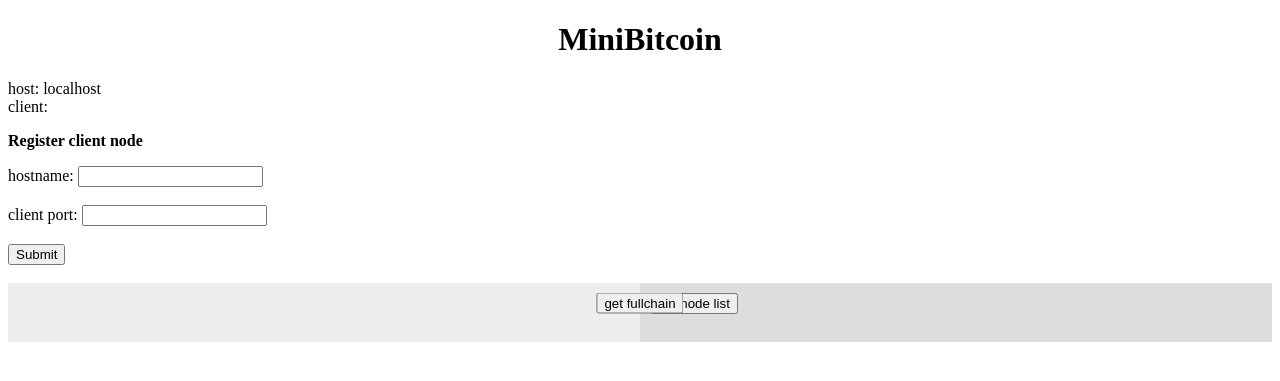
Repository: lam4562311/Minibitcoin
Page: http://localhost/
An editor plug-in stored every save of this project. The page is shown before and after the next save, followed by the edit.
The browser window is 1280 px wide. The pictures show the whole page.
Some web libraries are served in a nearby version. The page is served by the project's application, run on Flask 3 (bitcoin-5003.py).

Above is the page before, as saved 2022-04-09 17:11:03.

After the next save:
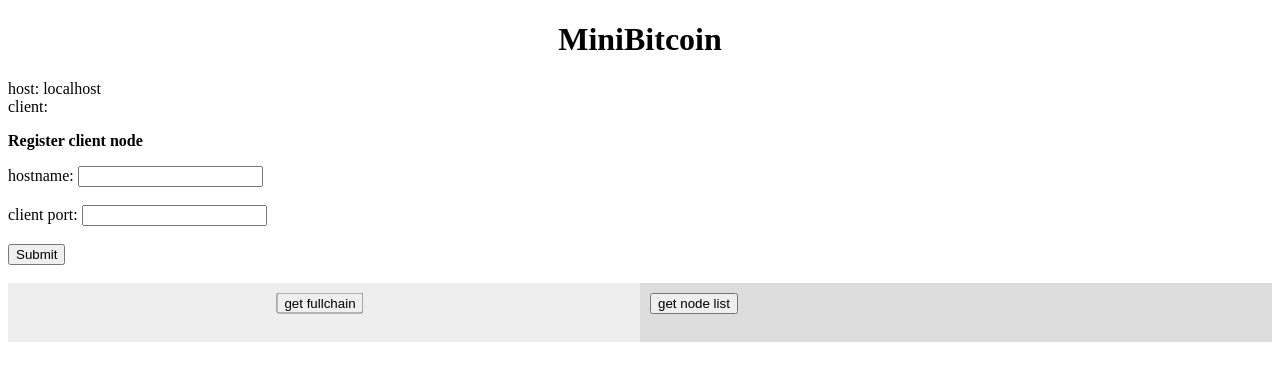
Saved 5 s later.
--- a/templates/homepage.html
+++ b/templates/homepage.html
@@ -5,7 +5,7 @@
         .center {
           margin:10px 0px 10px 0px;
           position: absolute;
-          left: 50%;
+          left: 25%;
           -ms-transform: translate(-50%, -50%);
           transform: translate(-50%, -50%);
         }
